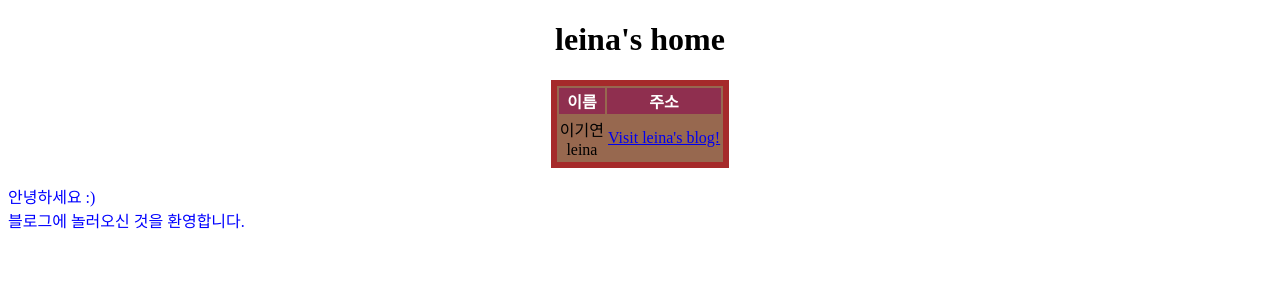
Repository: trapezer84/JSP
Page: http://localhost/ACA_Assignment0203/
The author's editor kept a copy of each file at every save. The page is drawn from the files as they stood at one save, then again after the next save.
The browser window is 1280 px wide. The pictures show the whole page.
The page is served by Tomcat 9. Other server files are loaded and not shown.

Above is the page before, as saved 2016-02-03 07:51:55.

### ACA_Assignment0203/WebContent/index.jsp
<%@ page language="java" contentType="text/html; charset=UTF-8"
    pageEncoding="UTF-8"%>
<!DOCTYPE html PUBLIC "-//W3C//DTD HTML 4.01 Transitional//EN" "http://www.w3.org/TR/html4/loose.dtd">
<html>
<head>
<meta http-equiv="Content-Type" content="text/html; charset=UTF-8">
<title>welcome to leina'a world! </title>
<style>
	table.tb1 {
		width: 270;
		height: 100;
		background-color: #97684F;
		border: 6px solid brown;
		padding: 15;
		align: center;
	}
	table.tb1 th {
		background-color: #8F2F4F;
	}
</style>
</head>
<body>
	<h1 align="center">leina's home</h1>

	<table class="tb1" align="center">
		<tr>
			<th><span style="color:white">이름</span></th>
			<th><span style="color:white">주소</span></th>
		</tr>

		<tr>
			<td align="center">이기연 <br />leina </td>
			<td><a href="http://kiyeonlee.com">Visit leina's blog!</a></td>
		</tr>
	</table>

	<div style="color:blue">
		<p> 안녕하세요 :) <br />
			블로그에 놀러오신 것을 환영합니다. <br />
		</p>
	</div>

</body>
</html>

After the next save:
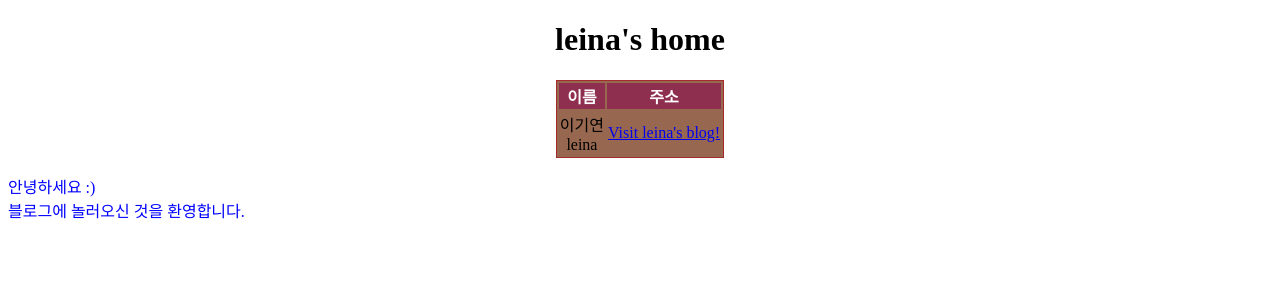
Saved 11 s later.
--- a/ACA_Assignment0203/WebContent/index.jsp
+++ b/ACA_Assignment0203/WebContent/index.jsp
@@ -10,7 +10,7 @@
 		width: 270;
 		height: 100;
 		background-color: #97684F;
-		border: 6px solid brown;
+		border: 1px solid brown;
 		padding: 15;
 		align: center;
 	}
